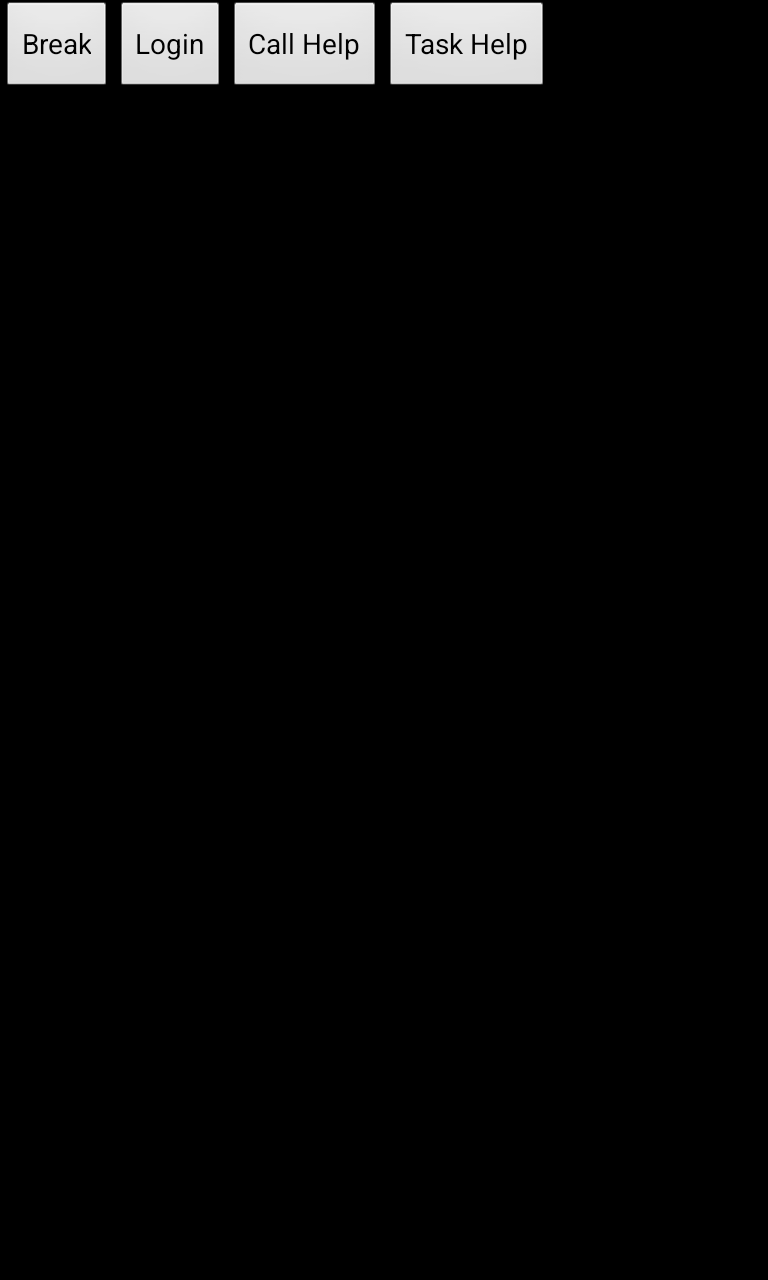
Repository: Crimson-Coders/project_java
Layout: appdev/Task_Tree_Activity/res/layout/main.xml
These files come from the project's save history. The layout is drawn as it stood at one moment and after the next save; the edit follows.
It is drawn on a 768 x 1280 px phone screen (xhdpi) without system bars, with theme android:Theme; the app's code is not run.

Above is the layout before, as saved 2011-10-19 15:54:19.

After the next save:
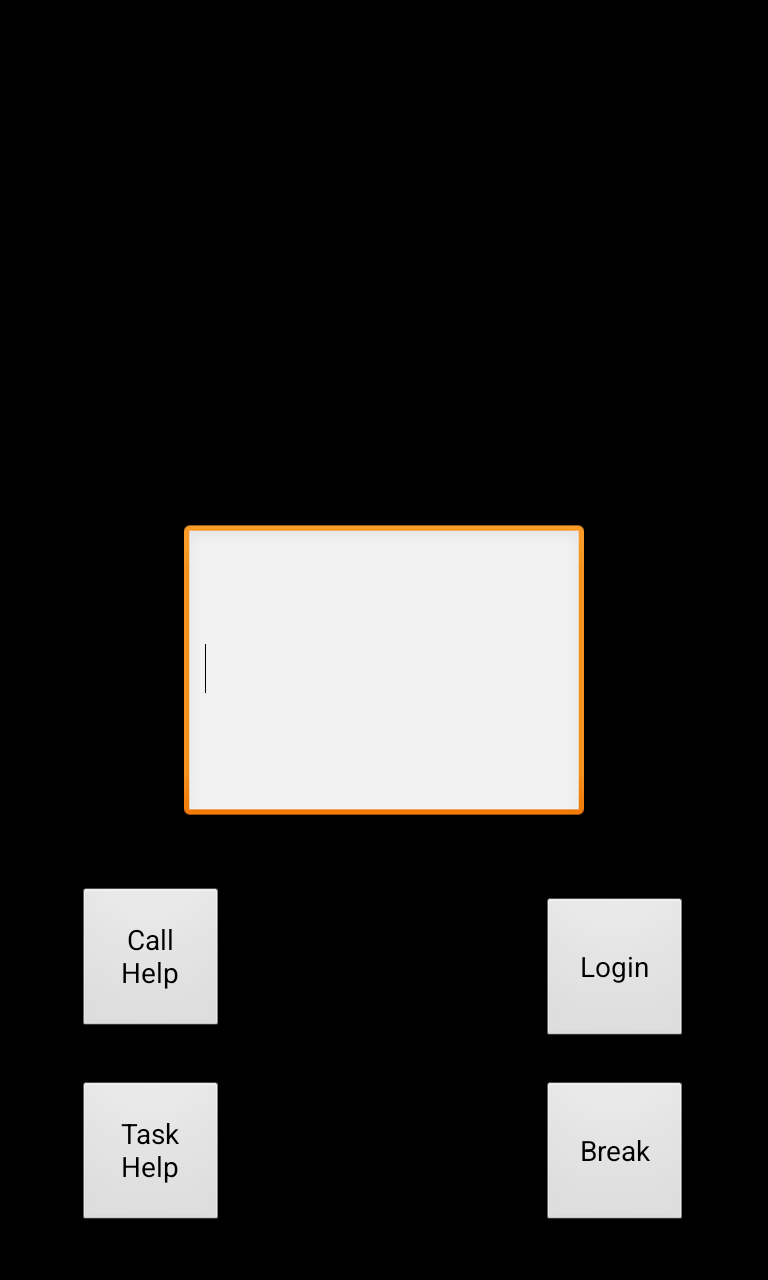
Saved 89 min 57 s later.
--- a/appdev/Task_Tree_Activity/res/layout/main.xml
+++ b/appdev/Task_Tree_Activity/res/layout/main.xml
@@ -1,32 +1,57 @@
-<?xml version="1.0" encoding="utf-8"?>
-<LinearLayout xmlns:android="http://schemas.android.com/apk/res/android"
-    android:layout_width="wrap_content"
-    android:layout_height="wrap_content"
-    android:baselineAligned="true"
-    android:orientation="horizontal" >
 
-    <Button
-        android:id="@+id/button2"
-        android:layout_width="wrap_content"
-        android:layout_height="wrap_content"
-        android:text="Break" />
+    <RelativeLayout xmlns:android="http://schemas.android.com/apk/res/android"
+        android:id="@+id/relativeLayout1"
+        android:layout_width="fill_parent"
+        android:layout_height="fill_parent"
+        android:gravity="center_horizontal" >
 
-    <Button
-        android:id="@+id/button4"
-        android:layout_width="wrap_content"
-        android:layout_height="wrap_content"
-        android:text="Login" />
+        <Button
+            android:id="@+id/button1"
+            android:layout_width="150px"
+            android:layout_height="150px"
+            android:layout_alignParentBottom="true"
+            android:layout_alignParentLeft="true"
+            android:layout_marginBottom="25dp"
+            android:layout_marginLeft="38dp"
+            android:text="Task Help" />
 
-    <Button
-        android:id="@+id/button3"
-        android:layout_width="wrap_content"
-        android:layout_height="wrap_content"
-        android:text="Call Help" />
+        <Button
+            android:id="@+id/button2"
+            android:layout_width="150px"
+            android:layout_height="150px"
+            android:layout_above="@+id/button1"
+            android:layout_alignLeft="@+id/button1"
+            android:layout_marginBottom="22dp"
+            android:text="Call Help" />
 
-    <Button
-        android:id="@+id/button1"
-        android:layout_width="wrap_content"
-        android:layout_height="wrap_content"
-        android:text="Task Help" />
+        <Button
+            android:id="@+id/button4"
+            android:layout_width="150px"
+            android:layout_height="150px"
+            android:layout_alignParentRight="true"
+            android:layout_below="@+id/button2"
+            android:layout_marginRight="39dp"
+            android:text="Break" />
 
-</LinearLayout>
+        <Button
+            android:id="@+id/button3"
+            android:layout_width="150px"
+            android:layout_height="150px"
+            android:layout_alignBaseline="@+id/button2"
+            android:layout_alignBottom="@+id/button2"
+            android:layout_alignLeft="@+id/button4"
+            android:text="Login" />
+
+        <EditText
+            android:id="@+id/editText1"
+            android:layout_width="400px"
+            android:layout_height="300px"
+            android:layout_above="@+id/button2"
+            android:layout_centerHorizontal="true"
+            android:layout_marginBottom="31dp"
+            android:inputType="textMultiLine" >
+
+            <requestFocus />
+        </EditText>
+
+    </RelativeLayout>
